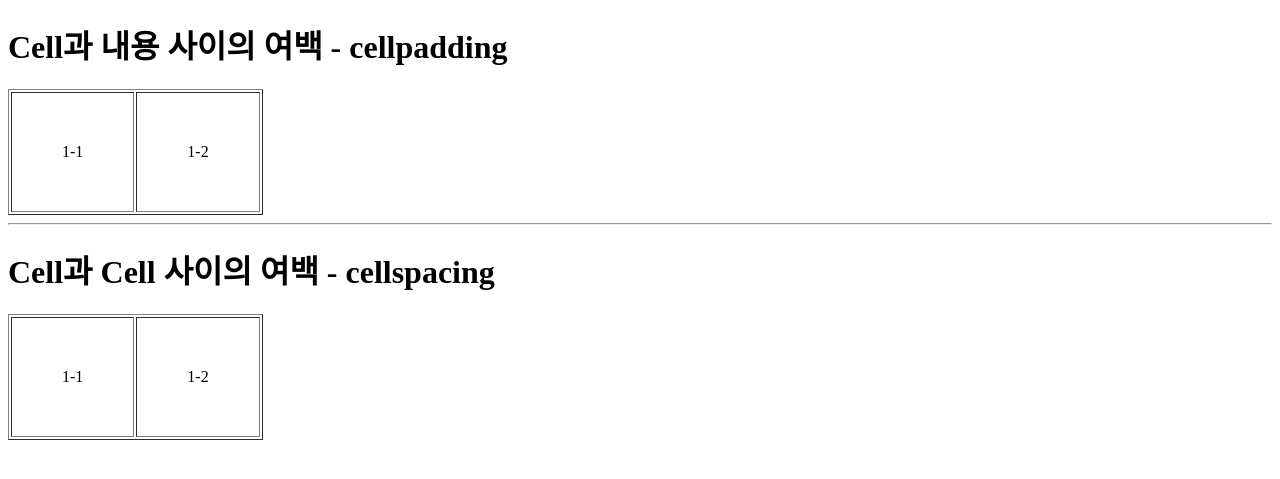
Repository: Gmajorlist/HTML
Page: html/src/main/webapp/exam01/exam12.html
An editor plug-in stored every save of this project. The page is shown before and after the next save, followed by the edit.
The browser window is 1280 px wide. The pictures show the whole page.

Above is the page before, as saved 2023-03-09 03:00:21.

### html/src/main/webapp/exam01/exam12.html
<!DOCTYPE html>
<html>
<head>
<meta charset="UTF-8">
<title>Insert title here</title>
</head>
<body>
	<h1> Cell과 내용 사이의 여백 - cellpadding</h1>
	<table border="1" cellpadding="50">
		<tr>
			<td>1-1</td>
			<td>1-2</td>
		</tr>
	</table>
	<hr/>

	<h1>Cell과 Cell 사이의 여백 - cellspacing</h1>
	<table border="1" cellpadding="50">
		<tr>
			<td>1-1</td>
			<td>1-2</td>
		</tr>
	</table>


</body>
</html>

After the next save:
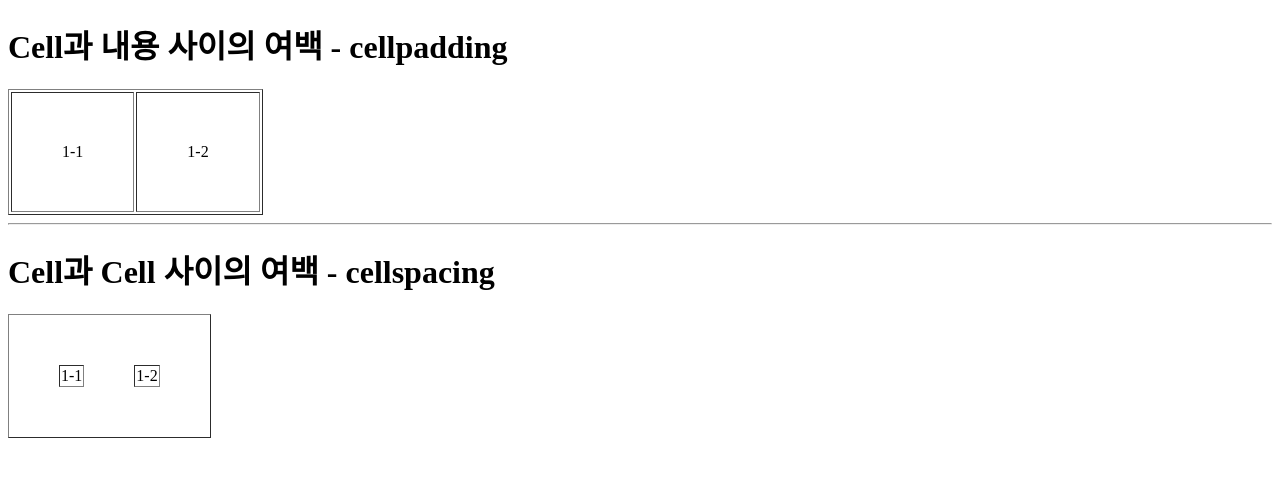
Saved 23 s later.
--- a/html/src/main/webapp/exam01/exam12.html
+++ b/html/src/main/webapp/exam01/exam12.html
@@ -15,7 +15,7 @@
 	<hr/>
 
 	<h1>Cell과 Cell 사이의 여백 - cellspacing</h1>
-	<table border="1" cellpadding="50">
+	<table border="1" cellspacing="50">
 		<tr>
 			<td>1-1</td>
 			<td>1-2</td>
